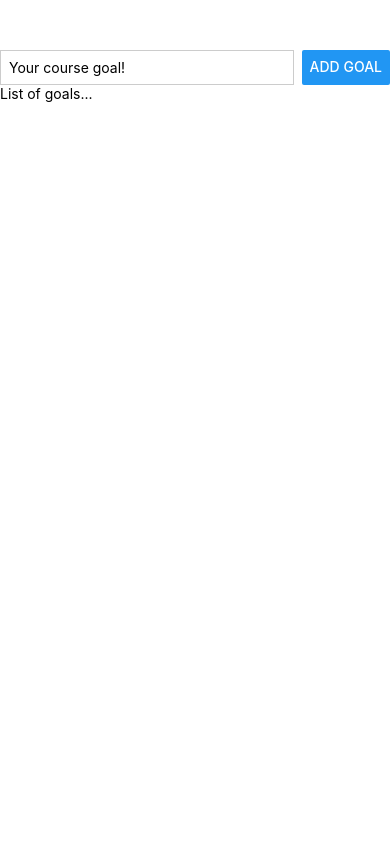
Repository: akinolapo/ToDoApp
Screen: /
The author's editor kept a copy of each file at every save. The screen is drawn from the files as they stood at one save, then again after a run of saves.
The app was drawn by React Native's web renderer in a window 390 px wide. The project was rebuilt for these pictures with package versions that can differ from the ones it lists, and the page was loaded fresh each time.

Above is the screen before, as saved 2022-09-15 13:47:03.

After the next 3 saves:
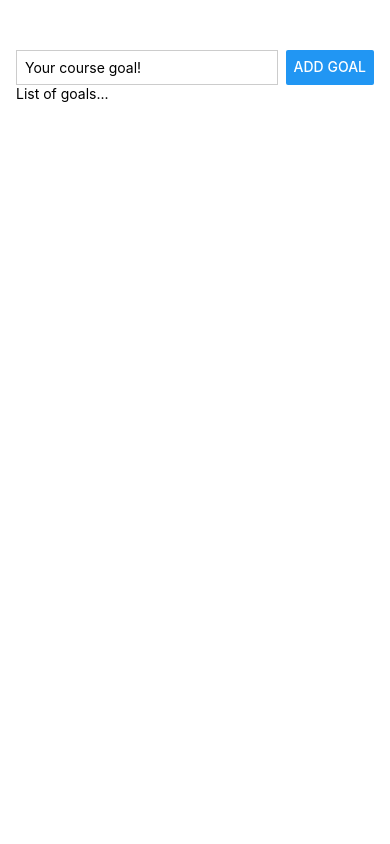
The 3 saves are shown as one change because 1 did not build or start and some came seconds apart.
The last was saved 12 s later.
--- a/App.js
+++ b/App.js
@@ -17,6 +17,7 @@ export default function App() {
 const styles = StyleSheet.create({
   appContainer: {
     paddingTop: 50,
+    paddingHorizontal: 16,
   },
   inputContainer: {
     flexDirection: 'row',
